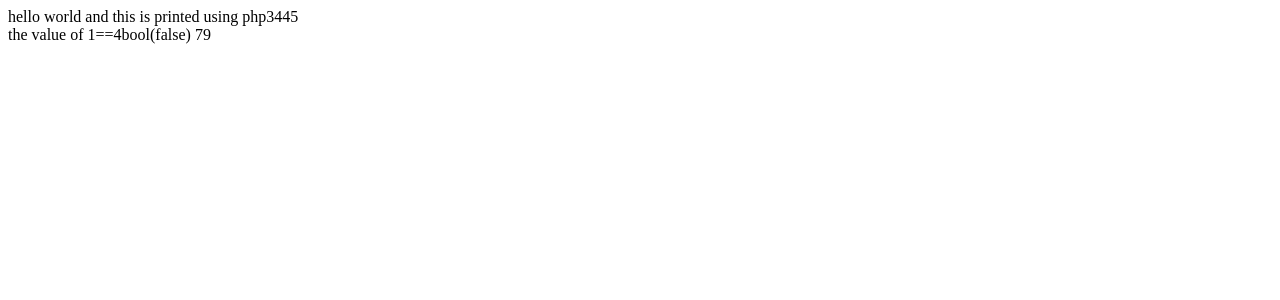
Repository: bhivgadePrajakta/Flaunel--A-LED-Display-Board
Page: http://localhost/practice.php
These files come from the project's save history. The page is drawn as it stood at one moment and after the next save; the edit follows.
The browser window is 1280 px wide. The pictures show the whole page.
The page is run by PHP 8.4 with error messages shown; the project is at /var/www/html/.

Above is the page before, as saved 2022-05-01 10:01:36.

After the next save:
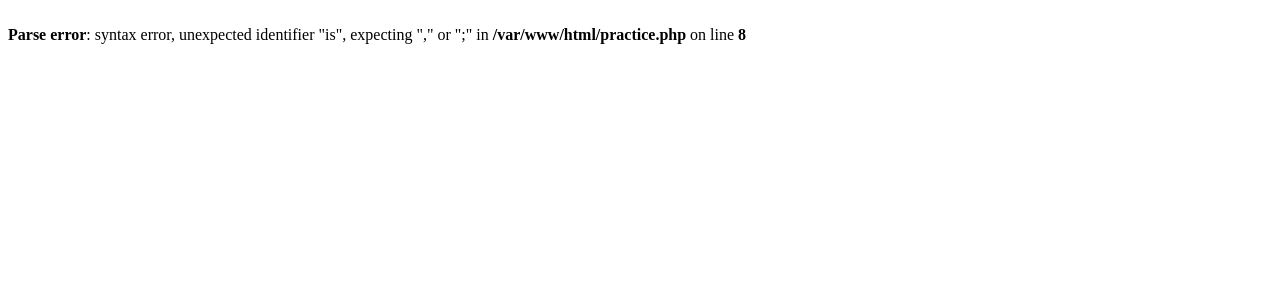
Saved 3 min 13 s later.
--- a/practice.php
+++ b/practice.php
@@ -5,7 +5,7 @@
 echo $variable1;
 echo $variable2;
 echo "<br>";
-echo"the value of 1==4";
+echo"the value of 1==4" is;
 echo var_dump(1==4);
 echo  $variable1+$variable2;
 ?>

After the save that followed:
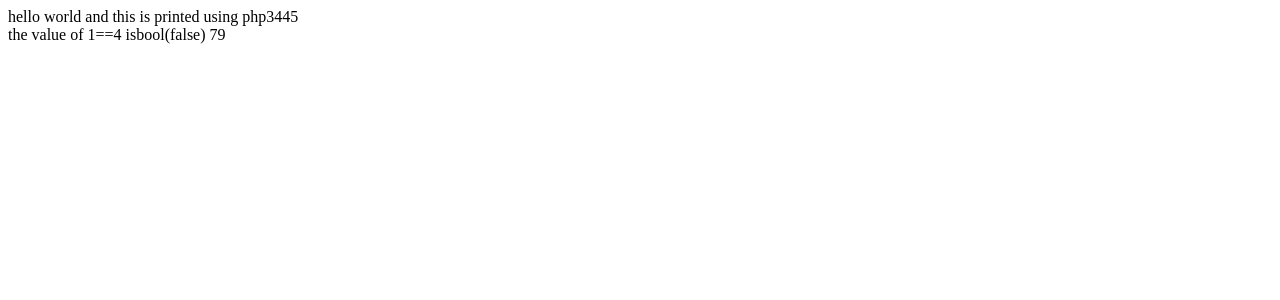
Saved 18 s later.
--- a/practice.php
+++ b/practice.php
@@ -5,7 +5,7 @@
 echo $variable1;
 echo $variable2;
 echo "<br>";
-echo"the value of 1==4" is;
+echo"the value of 1==4 is";
 echo var_dump(1==4);
 echo  $variable1+$variable2;
 ?>
